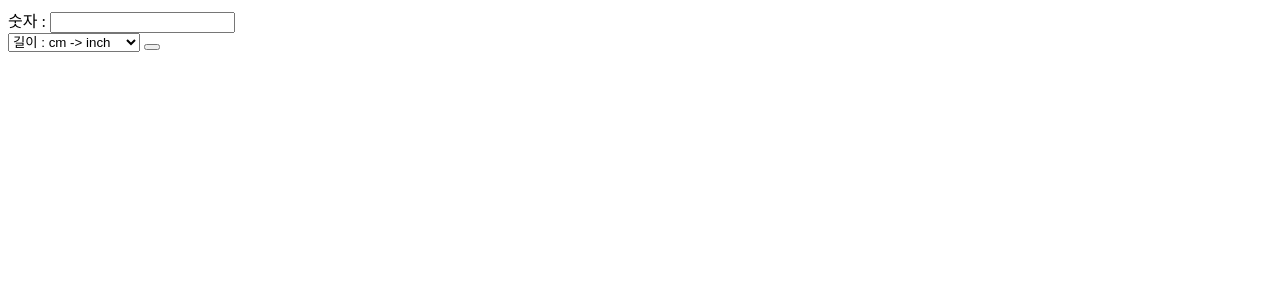
Repository: AgentHyun/FishDalle3
Page: http://localhost/Feb11_3_UnitConvert/
An editor plug-in stored every save of this project. The page is shown before and after the next save, followed by the edit.
The browser window is 1280 px wide. The pictures show the whole page.
The page is served by Tomcat 9.

Above is the page before, as saved 2025-02-11 07:06:42.

After the next save:
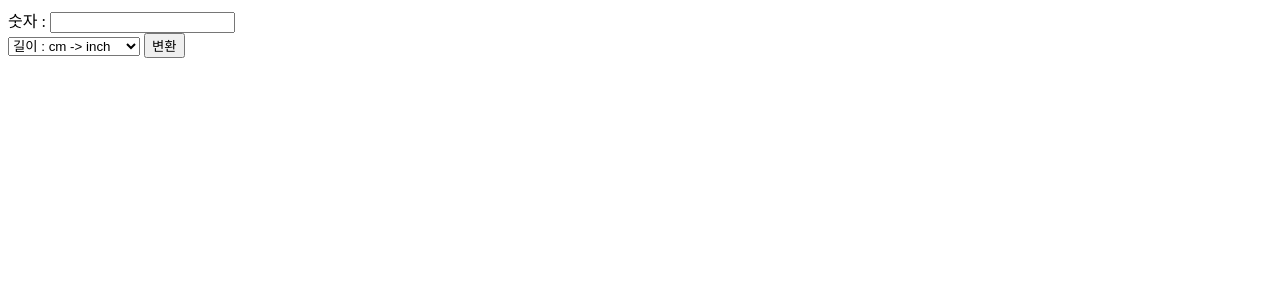
Saved 42 s later.
--- a/Feb11_3_UnitConvert/src/main/webapp/WEB-INF/views/input.jsp
+++ b/Feb11_3_UnitConvert/src/main/webapp/WEB-INF/views/input.jsp
@@ -34,7 +34,7 @@
    <option value = "speed">속도 : mi/h -> km/h </option>
 
    </select>
-   <button></button>
+   <button>변환</button>
    </form>
 </body>
 </html>
